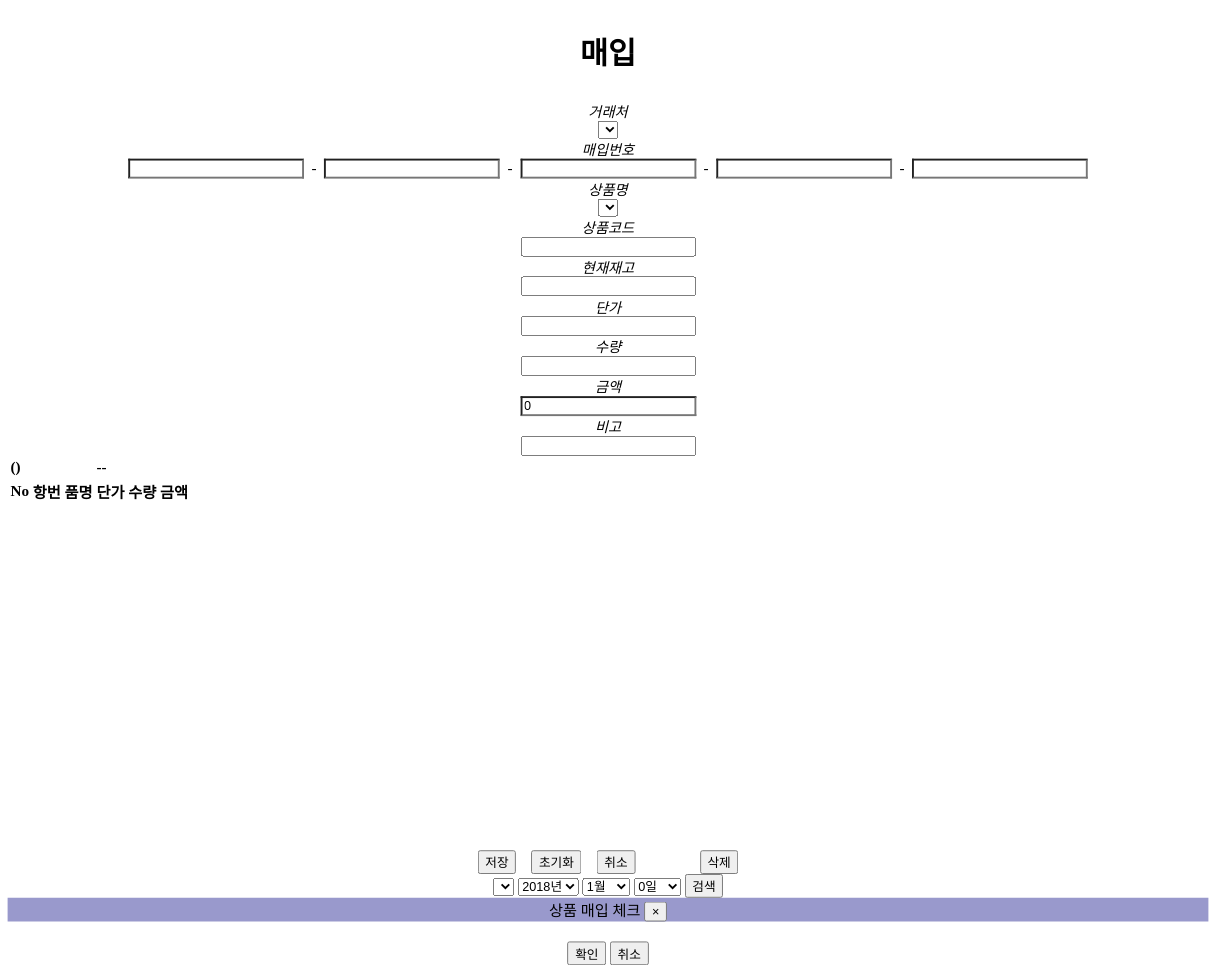
Repository: jaehyuny/springcontentall
Page: http://localhost/ncs4project/WEB-INF/views/distribution/pay_insert_form.jsp
An editor plug-in stored every save of this project. The page is shown before and after the next save, followed by the edit.
The browser window is 1280 px wide. The pictures show the whole page, at 95% of full size.
The page is served by Tomcat 9. Nobody is signed in. The template is opened directly, without the code that normally fills it, so the values that code supplies are empty.

Above is the page before, as saved 2018-07-25 05:11:18.

After the next save:
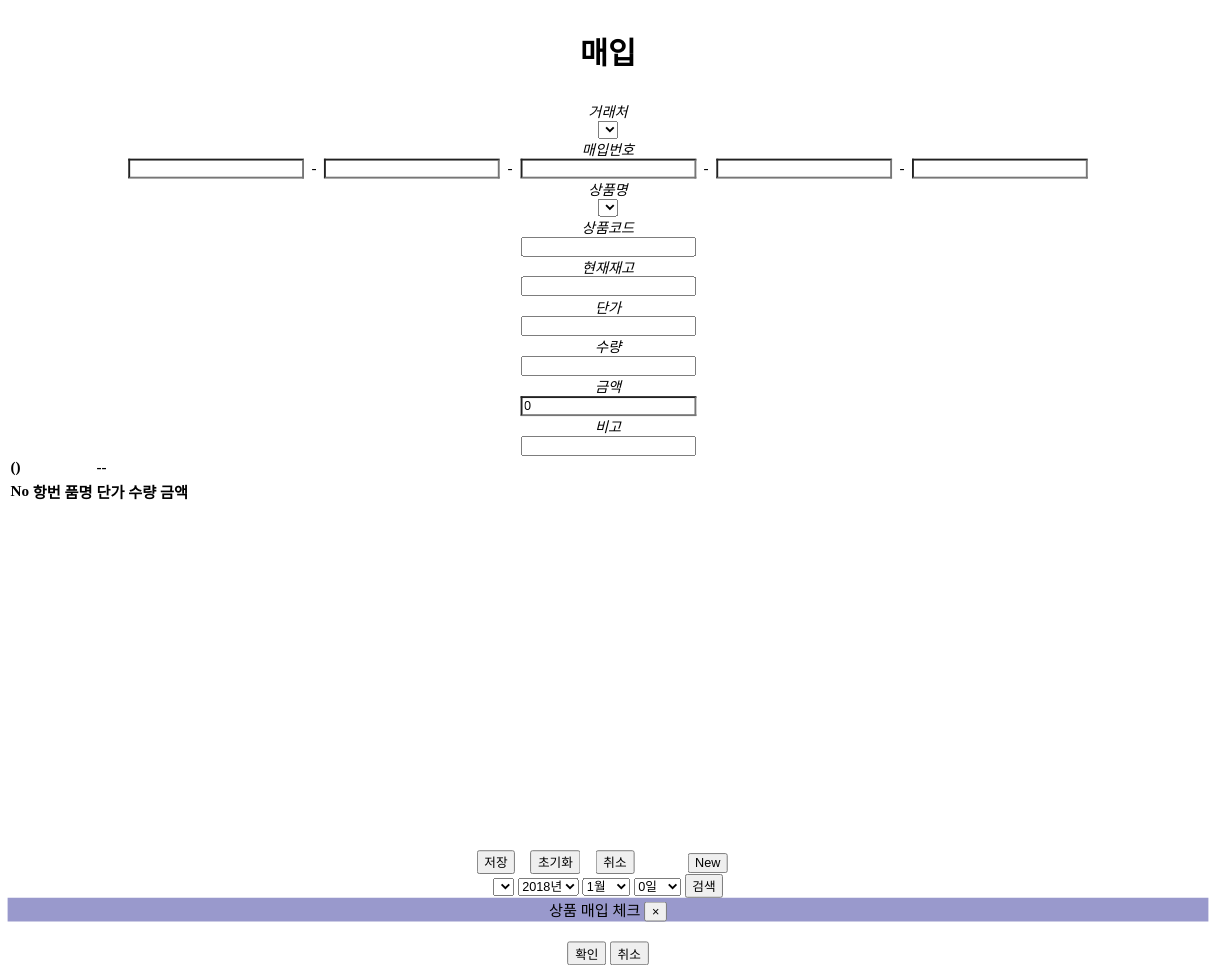
Saved 34 s later.
--- a/ncs4webproject/ncs4project/src/main/webapp/WEB-INF/views/distribution/pay_insert_form.jsp
+++ b/ncs4webproject/ncs4project/src/main/webapp/WEB-INF/views/distribution/pay_insert_form.jsp
@@ -194,9 +194,9 @@
 					<a href="index"><button type="button" id="buycancel"
 							class="btn btn-warning">취소</button></a>
 					&nbsp&nbsp&nbsp&nbsp&nbsp&nbsp&nbsp&nbsp&nbsp&nbsp&nbsp&nbsp
-					<a href="buyinsertform"><button type="button" id="buynew" class="btn btn-danger" style="display: none">New</button></a>
+					<a href="buyinsertform"><button type="button" id="buynew" class="btn btn-danger">New</button></a>
 					&nbsp&nbsp
-					<button type="button" id="buydelete" class="btn btn-default">삭제</button>
+					<button type="button" id="buydelete" class="btn btn-default"  style="display: none">삭제</button>
 				</div>
 				<div class="input-group mb-3 col-md-6">
 					<select id="searchvender" name="searchvender" class="form-control">
